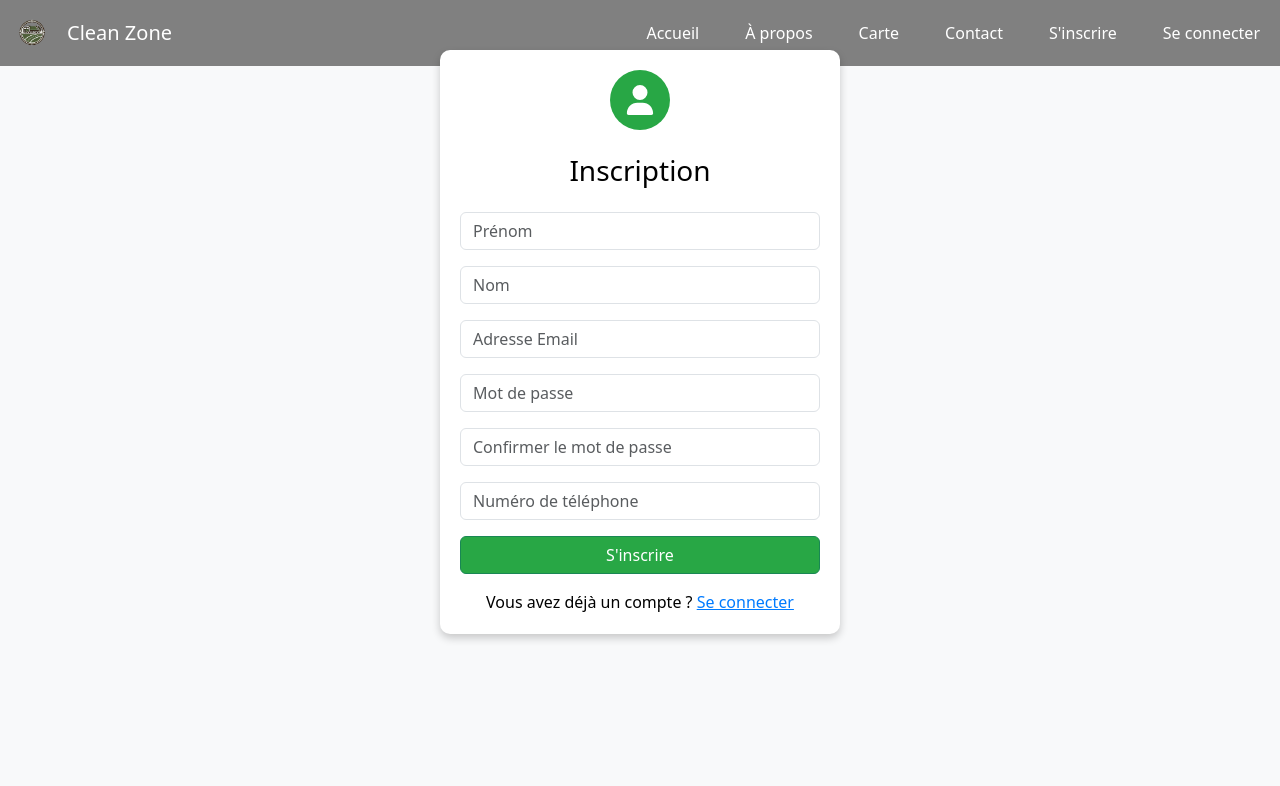
Repository: SystemInfoGeo/QGISproject
Page: /signup (app in NEXT/)
These files come from the project's save history. The page is drawn as it stood at one moment and after the next save; the edit follows.
The browser window is 1280 px wide. The pictures show the whole page.
The project was rebuilt for these pictures with package versions that can differ from the ones it lists, and the page was loaded fresh each time. The framework's server and built-in components were replaced by stand-ins that run in the browser. Also part of the build but not shown: NEXT/next.config.mjs.

Above is the page before, as saved 2024-09-16 18:15:15.

### NEXT/pages/_app.js
// pages/_app.js
import { AuthProvider } from '../context/AuthContext';
import 'bootstrap/dist/css/bootstrap.min.css'; // Import Bootstrap CSS ici

function MyApp({ Component, pageProps }) {
  return (
    <AuthProvider>
      <Component {...pageProps} />
    </AuthProvider>
  );
}

export default MyApp;

### NEXT/pages/signup.js
import { useState } from 'react';
import axios from 'axios';
import { useRouter } from 'next/router';
import 'bootstrap/dist/css/bootstrap.min.css'; // Importation de Bootstrap pour le style
import Navbar from '../components/Navbar';
import { FontAwesomeIcon } from '@fortawesome/react-fontawesome';
import { faUser } from '@fortawesome/free-solid-svg-icons'; // Importer l'icône utilisateur
import '../styles/Signup.css'; // Import du fichier CSS externe

const Signup = () => {
  const [email, setEmail] = useState('');
  const [password, setPassword] = useState('');
  const [confirmPassword, setConfirmPassword] = useState('');
  const [firstName, setFirstName] = useState('');
  const [lastName, setLastName] = useState('');
  const [phoneNumber, setPhoneNumber] = useState('');
  const [error, setError] = useState('');
  const [loading, setLoading] = useState(false);
  const router = useRouter();

  const handleSubmit = async (e) => {
    e.preventDefault();
    setError('');
    setLoading(true);

    if (password !== confirmPassword) {
      setError('Les mots de passe ne correspondent pas.');
      setLoading(false);
      return;
    }

    const emailPattern = /^[^\s@]+@[^\s@]+\.[^\s@]+$/;
    if (!emailPattern.test(email)) {
      setError('Adresse email invalide.');
      setLoading(false);
      return;
    }

    const phonePattern = /^[0-9]{10,15}$/;
    if (!phonePattern.test(phoneNumber)) {
      setError('Numéro de téléphone invalide.');
      setLoading(false);
      return;
    }

    try {
      const response = await axios.post(`${process.env.NEXT_PUBLIC_API_URL}/signup`, {
        email,
        password,
        confirm_password: confirmPassword,
        first_name: firstName,
        last_name: lastName,
        phone_number: phoneNumber
      });

      if (response.status === 201) {
        setEmail('');
        setPassword('');
        setConfirmPassword('');
        setFirstName('');
        setLastName('');
        setPhoneNumber('');

        router.push('/login');
      }
    } catch (error) {
      if (error.response && error.response.data.error) {
        setError(error.response.data.error);
      } else {
        setError('Erreur lors de l\'inscription. Veuillez réessayer.');
      }
    } finally {
      setLoading(false);
    }
  };

  return (
    <>
      <Navbar /> {/* Inclusion de la Navbar */}

      {/* Contenu principal de la page d'inscription */}
      <div className="d-flex justify-content-center align-items-center vh-100 bg-light">
        <div className="signup-container">
          <div className="signup-icon mb-4 mx-auto d-flex justify-content-center align-items-center">
            <FontAwesomeIcon icon={faUser} size="2x" className="text-white" />
          </div>
          <h3 className="text-center mb-4">Inscription</h3>
          <form onSubmit={handleSubmit}>
            <div className="mb-3">
              <input
                type="text"
                className="form-control"
                id="firstName"
                placeholder="Prénom" // Placeholder à la place de <label>
                value={firstName}
                onChange={(e) => setFirstName(e.target.value)}
                required
              />
            </div>
            <div className="mb-3">
              <input
                type="text"
                className="form-control"
                id="lastName"
                placeholder="Nom" // Placeholder à la place de <label>
                value={lastName}
                onChange={(e) => setLastName(e.target.value)}
                required
              />
            </div>
            <div className="mb-3">
              <input
                type="email"
                className="form-control"
                id="email"
                placeholder="Adresse Email" // Placeholder à la place de <label>
                value={email}
                onChange={(e) => setEmail(e.target.value)}
                required
              />
            </div>
            <div className="mb-3">
              <input
                type="password"
                className="form-control"
                id="password"
                placeholder="Mot de passe" // Placeholder à la place de <label>
                value={password}
                onChange={(e) => setPassword(e.target.value)}
                required
              />
            </div>
            <div className="mb-3">
              <input
                type="password"
                className="form-control"
                id="confirmPassword"
                placeholder="Confirmer le mot de passe" // Placeholder à la place de <label>
                value={confirmPassword}
                onChange={(e) => setConfirmPassword(e.target.value)}
                required
              />
            </div>
            <div className="mb-3">
              <input
                type="tel"
                className="form-control"
                id="phoneNumber"
                placeholder="Numéro de téléphone" // Placeholder à la place de <label>
                value={phoneNumber}
                onChange={(e) => setPhoneNumber(e.target.value)}
                required
              />
            </div>
            <button type="submit" className="btn btn-success w-100 signup-btn" disabled={loading}>
              {loading ? 'Inscription en cours...' : "S'inscrire"}
            </button>
            {error && <p className="text-danger mt-3">{error}</p>}
          </form>
          <div className="text-center mt-3">
            <span>Vous avez déjà un compte ? </span>
            <a href="/login" className="blue-link">Se connecter</a>
          </div>
        </div>
      </div>
    </>
  );
};

export default Signup;

### NEXT/context/AuthContext.js
import { createContext, useContext, useState, useEffect } from 'react';
import { Spinner } from 'react-bootstrap';
import jwt_decode from 'jwt-decode';

// Créez le contexte
const AuthContext = createContext();

// Créez un hook pour utiliser le contexte facilement
export const useAuth = () => useContext(AuthContext);

// Créer un fournisseur pour encapsuler l'état de connexion global
export const AuthProvider = ({ children }) => {
  const [loggedIn, setLoggedIn] = useState(false);
  const [loading, setLoading] = useState(true);  // Indicateur de chargement
  const [user, setUser] = useState(null);        // Stockage des informations utilisateur

  // Fonction pour vérifier la validité du token
  const isTokenValid = (token) => {
    try {
      const decodedToken = jwt_decode(token);  // Décodage du token JWT
      const currentTime = Date.now() / 1000;  // Temps actuel en secondes
      if (decodedToken.exp > currentTime) {
        return true;  // Le token est valide
      } else {
        console.warn("Le token a expiré.");
        return false;  // Le token est expiré
      }
    } catch (error) {
      console.error("Erreur lors du décodage du token:", error);
      return false;  // Le token est invalide
    }
  };

  // Vérification de la connexion au démarrage
  useEffect(() => {
    const token = localStorage.getItem('token');
    const userInfo = localStorage.getItem('user');

    // Vérification de la présence des données
    if (token && userInfo) {
      try {
        // Vérifier si le token est valide
        if (isTokenValid(token)) {
          setLoggedIn(true);

          // Essayer de parser les informations utilisateur
          try {
            const parsedUser = JSON.parse(userInfo);  // Charger les informations utilisateur
            setUser(parsedUser);
          } catch (error) {
            console.error("Erreur lors du parsing des informations utilisateur:", error);
            localStorage.removeItem('user');  // Supprimer les données corrompues
            setUser(null);
            setLoggedIn(false);
          }
        } else {
          // Le token est expiré ou invalide
          localStorage.removeItem('token');
          localStorage.removeItem('user');
          setLoggedIn(false);
        }
      } catch (error) {
        console.error("Erreur lors du traitement de la connexion:", error);
        setLoggedIn(false);
      }
    } else {
      // Si le token ou les infos utilisateur sont manquants
      console.warn("Aucun token ou informations utilisateur trouvés.");
      setLoggedIn(false);
    }

    setLoading(false);  // Fin du chargement
  }, []);

  // Fonction de connexion
  const login = (token, userInfo) => {
    if (token && userInfo) {
      localStorage.setItem('token', token);
      localStorage.setItem('user', JSON.stringify(userInfo));  // Enregistrer les informations utilisateur
      setUser(userInfo);
      setLoggedIn(true);
    } else {
      console.error("Le token ou les informations utilisateur sont manquants.");
    }
  };

  // Fonction de déconnexion
  const logout = () => {
    localStorage.removeItem('token');
    localStorage.removeItem('user');
    setUser(null);  // Réinitialiser les informations utilisateur
    setLoggedIn(false);
  };

  return (
    <AuthContext.Provider value={{ loggedIn, login, logout, loading, user }}>
      {loading ? <Spinner animation="border" role="status" /> : children} {/* Afficher un spinner si en chargement */}
    </AuthContext.Provider>
  );
};

### NEXT/components/Navbar.js
import Link from 'next/link';
import { useAuth } from '../context/AuthContext'; // Importer le hook useAuth
import 'bootstrap/dist/css/bootstrap.min.css';
import { useEffect, useState } from 'react';

export default function Navbar() {
  const { loggedIn } = useAuth(); // Utiliser le hook pour accéder à l'état de connexion
  const [userRole, setUserRole] = useState(null); // Stocker le rôle de l'utilisateur

  // Vérification du rôle de l'utilisateur lors du chargement de la page
  useEffect(() => {
    const role = localStorage.getItem('role'); // Récupérer le rôle depuis localStorage
    if (role) {
      setUserRole(role); // Mettre à jour le rôle de l'utilisateur dans le state
      console.log('Rôle de l’utilisateur:', role); // Afficher le rôle dans la console pour déboguer
    } else {
      console.log('Aucun rôle trouvé dans le localStorage');
    }
  }, []);

  return (
    <nav className="navbar navbar-expand-lg" style={{ backgroundColor: '#808080' }}>
      <div className="container-fluid">
        <a className="navbar-brand" href="/" style={{ color: 'white', display: 'flex', alignItems: 'center' }}>
          <img src="/images/logo.jpg" alt="Logo" style={{ width: '40px', height: '40px', marginRight: '15px' }} />
          Clean Zone
        </a>
        <button className="navbar-toggler" type="button" data-bs-toggle="collapse" data-bs-target="#navbarNav" aria-controls="navbarNav" aria-expanded="false" aria-label="Toggle navigation">
          <span className="navbar-toggler-icon"></span>
        </button>
        <div className="collapse navbar-collapse" id="navbarNav">
          <ul className="navbar-nav ms-auto">
            <li className="nav-item">
              <Link href="/" legacyBehavior>
                <a className="nav-link" style={{ color: 'white', marginRight: '30px' }}>Accueil</a>
              </Link>
            </li>

            <li className="nav-item">
              <Link href="/apropos" legacyBehavior>
                 <a className="nav-link" style={{ color: 'white', marginRight: '30px' }}>À propos</a>
              </Link>
            </li>

            <li className="nav-item">
              <Link href="/CARTE" legacyBehavior>
                <a className="nav-link" style={{ color: 'white', marginRight: '30px' }}>Carte</a>
              </Link>
            </li>
            <li className="nav-item">
              <Link href="/contact" legacyBehavior>
                <a className="nav-link" style={{ color: 'white', marginRight: '30px' }}>Contact</a>
              </Link>
            </li>

            {/* Affichage conditionnel basé sur l'état de connexion et le rôle */}
            {loggedIn ? (
              <li className="nav-item">
                {/* Si l'utilisateur est admin, rediriger vers le profil admin, sinon vers le profil utilisateur */}
                {userRole === 'admin' ? (
                  <Link href="/admin/profile" legacyBehavior>
                    <a className="nav-link" style={{ color: 'white', marginRight: '30px' }}>
                      Profil Admin
                    </a>
                  </Link>
                ) : (
                  <Link href="/user/profile" legacyBehavior>
                    <a className="nav-link" style={{ color: 'white', marginRight: '30px' }}>
                      Profil
                    </a>
                  </Link>
                )}
              </li>
            ) : (
              <>
                <li className="nav-item">
                  <Link href="/signup" legacyBehavior>
                    <a className="nav-link" style={{ color: 'white', marginRight: '30px' }}>S'inscrire</a>
                  </Link>
                </li>
                <li className="nav-item">
                  <Link href="/login" legacyBehavior>
                    <a className="nav-link" style={{ color: 'white' }}>Se connecter</a>
                  </Link>
                </li>
              </>
            )}
          </ul>
        </div>
      </div>
    </nav>
  );
}

### NEXT/styles/Signup.css
/* Conteneur principal */
.signup-container {
  background: white;
  padding: 20px;
  border-radius: 10px;
  box-shadow: 0 4px 8px rgba(0, 0, 0, 0.2);
  max-width: 400px;
  width: 100%;
  position: absolute;
  top: 50px; /* Ajustez cette valeur pour déplacer le formulaire vers le haut */
  left: 50%;
  transform: translateX(-50%);
}

/* Icône de l'inscription */
.signup-icon {
  width: 60px;
  height: 60px;
  background-color: #28a745;
  border-radius: 50%;
  display: flex;
  justify-content: center;
  align-items: center;
  margin: 0 auto 10px; /* Réduit la marge en bas de l'icône */
}

.signup-icon svg {
  width: 30px;
  height: 30px;
}

/* Titre d'inscription */
.signup-container h3 {
  margin-top: 0; /* Assurez-vous qu'il n'y a pas de marge au-dessus du titre */
  margin-bottom: 10px; /* Ajustez la marge en bas du titre si nécessaire */
}

/* Bouton d'inscription */
.signup-btn {
  background-color: #28a745;
  color: white;
}

.signup-btn:disabled {
  background-color: #94d3a2;
}

/* Message d'erreur */
.text-danger {
  color: #dc3545 !important;
}

/* Style pour "Vous avez déjà un compte ? Se connecter" */
.text-center {
  color: #000; /* Le texte normal est en noir */
}

.blue-link {
  color: #007bff; /* Se connecter en bleu */
  text-decoration: underline; /* Souligner le lien */
  transition: color 0.3s ease;
}

.blue-link:hover {
  color: #0056b3; /* Lien bleu plus foncé au survol */
}

/* Background général */
.bg-light {
  background-color: #f8f9fa !important;
}

/* Réactivité pour les petits écrans */
@media (max-width: 768px) {
  .signup-container {
    max-width: 90%;
    padding: 20px;
    top: 10px; /* Réduit la marge en haut sur les petits écrans si nécessaire */
  }

  .btn-success {
    font-size: 0.9rem;
    padding: 0.6rem;
  }

  .signup-icon {
    width: 50px;
    height: 50px;
  }

  .signup-icon svg {
    width: 25px;
    height: 25px;
  }
}

After the next save:
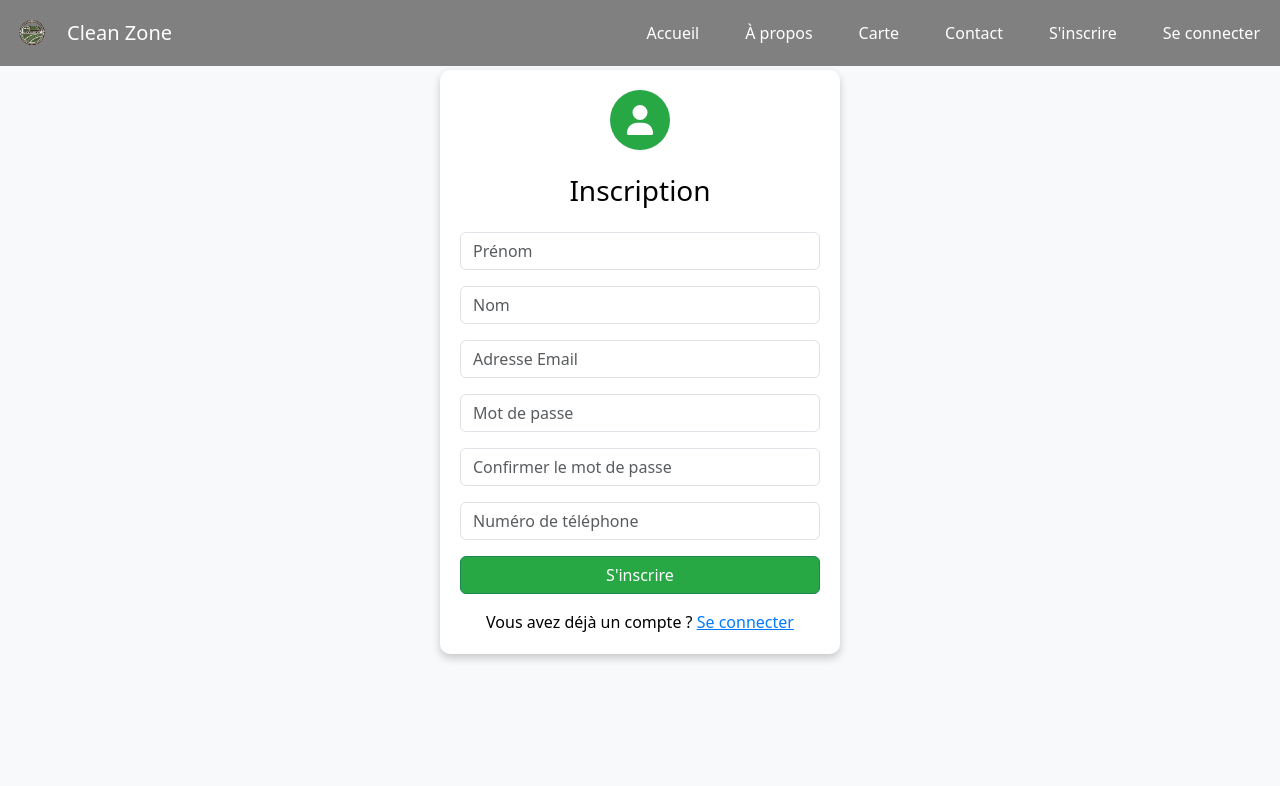
Saved 8 s later.
--- a/NEXT/styles/Signup.css
+++ b/NEXT/styles/Signup.css
@@ -7,7 +7,7 @@
   max-width: 400px;
   width: 100%;
   position: absolute;
-  top: 50px; /* Ajustez cette valeur pour déplacer le formulaire vers le haut */
+  top: 70px; /* Ajustez cette valeur pour déplacer le formulaire vers le haut */
   left: 50%;
   transform: translateX(-50%);
 }
